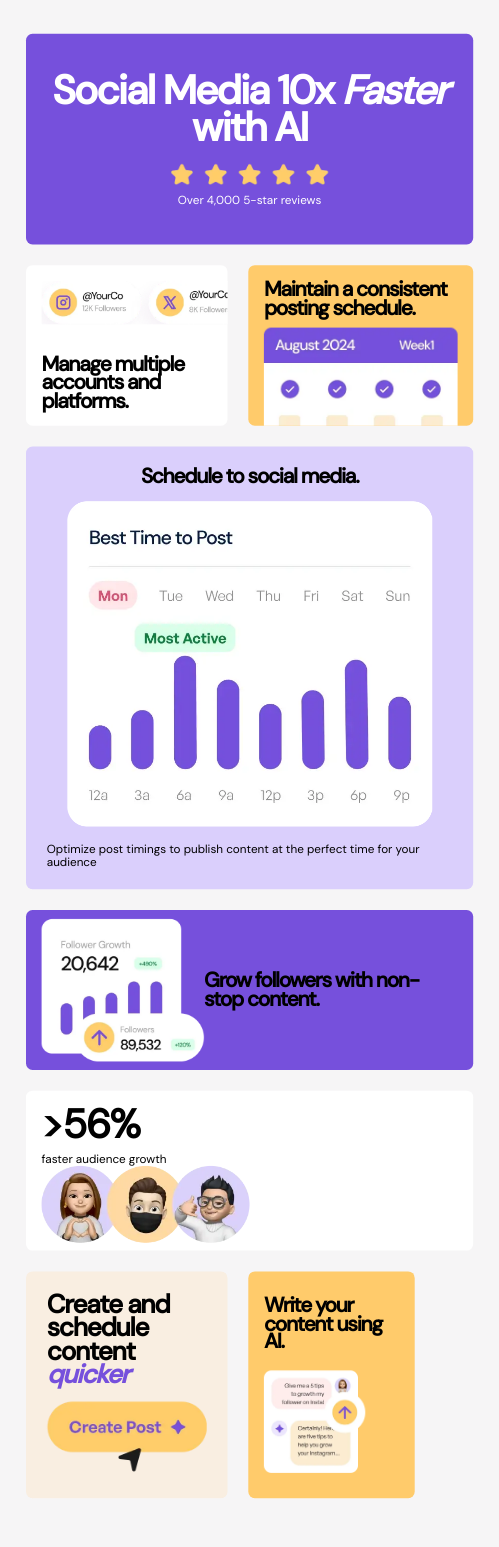
Repository: brandontaylor1/bento-grid
Page: index.html
These files come from the project's save history. The page is drawn as it stood at one moment and after the next save; the edit follows.
The browser window is 768 px wide. The pictures show the whole page, at 65% of full size.

Above is the page before, as saved 2025-01-22 20:12:58.

### index.html
<!DOCTYPE html>
<html lang="en">
<head>
    <meta charset="UTF-8">
    <meta name="viewport" content="width=device-width, initial-scale=1.0">
    <link rel="stylesheet" href="styles.css">
    <title>Bento Grid</title>
</head>
<body>
    <main class="container">
        <div class="grid-container">
            <div class="grid-item-1">
                <h1>Social Media <span>10x </span><em>Faster </em>with AI </h1>
                <img src="./assets/images/illustration-five-stars.webp" alt="five star images">
                <p>Over 4,000 5-star reviews</p>
            </div>
            <div class="grid-item-2">
                <img src="./assets/images/illustration-multiple-platforms.webp" alt="two social media images">
                <h3>Manage multiple accounts and platforms.</h3>
            </div>
            <div class="grid-item-3">
                <h3>Maintain a consistent <br> posting schedule.</h3>
                <img src="./assets/images/illustration-consistent-schedule.webp" alt="schedule">
            </div>
            <div class="grid-item-4">
                <h3>Schedule to social media.</h3>
                <img src="./assets/images/illustration-schedule-posts.webp" alt="schedule of posts">
                <p>Optimize post timings to publish content at the perfect time for your audience</p>
            </div>
            <div class="grid-item-5">
                <img src="./assets/images/illustration-grow-followers.webp" alt="follower growth">
                <h3>Grow followers with non-stop content.</h3>
            </div>
            <div class="grid-item-6">
                <h2> >56%</h2>
                <p>faster audience growth</p>
                <img src="./assets/images/illustration-audience-growth.webp" alt="pictures of cartoon audience">
            </div>
            <div class="grid-item-7">
                <h2>Create and schedule content <em>quicker</em></h2>
                <img src="./assets/images/illustration-create-post.webp" alt="create post image">
            </div>
            <div class="grid-item-8">
                <h3>Write your content using AI.</h3>
                <img src="./assets/images/illustration-ai-content.webp" alt="Ai Content Image">
            </div>
        </div>
    </main>

</body>
</html>

### styles.css

@font-face {
    font-family: "DMSans-Medium";
    src: url('./assets/fonts/DMSans-Medium.ttf') format('truetype');
    font-weight: 500;
    font-style: normal;
}

@font-face {
    font-family: "DMSans-MediumItalic";
    src: url('./assets/fonts/DMSans-MediumItalic.ttf') format('truetype');
    font-weight: 500;
    font-style: italic;
}

@font-face {
    font-family: "DMSans-Regular";
    src: url('./assets/fonts/DMSans-Regular.ttf') format('truetype');
    font-weight: 400;
    font-style: normal;
}

* {
    margin: 0;
    padding: 0;
    box-sizing: border-box;

}

:root {

    /* COLORS */
    --purple100: hsl(254, 88%, 90%);
    --purple500: hsl(256, 67%, 59%);

    --yellow100: hsl(31, 66%, 93%);
    --yellow500: hsl(39, 100%, 71%);

    --white: hsl(0, 0%, 100%);
    --black: hsl(0, 0%, 0%);
    --font-black: #121212;

    --spacing-5: 40px;
    --spacing-4: 32px;
    --spacing-3: 24px;
    --spacing-2: 16px;
    --spacing-1: 8px;

    /* TYPOGRAPHY */
    --font-family-regular: "DMSans-Regular", sans-serif;
    --font-family-medium: "DMSans-Medium", sans-serif;

    --font-size-h1: 62px;
    --line-height-h1: 93.5%;
    --letter-spacing-h1: -3px;

    --font-size-h2: 40px;
    --line-height-h2: 90%;
    --letter-spacing-h2: -2px;

    --font-size-h3: 32px;
    --line-height-h3: 87.5%;
    --letter-spacing-h3: -2px;

    --font-size-p: 18px;
    --line-height-p: 111%;
    --letter-spacing-p: 0px;
}

/* TYPOGRAPHY */
h1 {
    font-family: var(--font-family-medium);
    font-size: var(--font-size-h1);
    line-height: var(--line-height-h1);
    letter-spacing: var(--letter-spacing-h1);
}

h2 {
    font-family: var(--font-family-medium);
    font-size: var(--font-size-h2);
    line-height: var(--line-height-h2);
    letter-spacing: var(--letter-spacing-h2);
}

h3 {
    font-family: var(--font-family-medium);
    font-size: var(--font-size-h3);
    line-height: var(--line-height-h3);
    letter-spacing: var(--letter-spacing-h3);
}

p {
    font-family: var(--font-family-regular);
    font-size: var(--font-size-p);
    line-height: var(--line-height-p);
    letter-spacing: var(--letter-spacing-p);

}

.container {
    height: auto;
    background-color: #F6F5F6;
    display: flex;
    justify-content: center;
    align-items: center;
}

.grid-container {
    height: 100%;
    width: 100%;
    max-width: 1440px;
    display: grid;
    grid-template-areas:
    " a a b b b b c c"
    " a a b b b b c c"
    " a a d d e e c c"
    " f f d d e e c c"
    " f f g g h h h h"
    " f f g g h h h h";
    gap: 32px;
    padding: 80px 160px 80px 160px;
    background-color: #F6F5F6;
}

.grid-item-1 {
    background-color: var(--purple500);
    color: var(--white);
    padding: 32px;
    border-radius: 10px;
    width: 544px;
    height: 324px;
    grid-area: b;
    display: flex;
    flex-direction: column;
    align-items: center;
    justify-content: center;
    text-align: center;
}

.grid-item-1 img {
    width: 250px;
    padding-top: 24px;
    padding-bottom: 8px;
}

.grid-item-2 {
    grid-area: d;
    width: 256px;
    height: auto;
    padding: 24px;
    border-radius: 10px;
    overflow: hidden;
    background-color: var(--white);
    display: flex;
    flex-direction: column;
    align-items: flex-start;
    justify-content: space-between;
}

.grid-item-2 img {
    width: 316px;
}

.grid-item-3 {
    grid-area: e;
    width: 256px;
    height: 247px;
    padding: 24px 24px 0 24px;
    border-radius: 10px;
    background-color: var(--yellow500);
    overflow: hidden;
}

.grid-item-3 img {
    width: 100%;
    padding-top: 16px;
}

.grid-item-4 {
    grid-area: c;
    width: 256px;
    height: auto;
    padding: 32px;
    flex-direction: column;
    align-items: flex-start;
    justify-content: space-between;
    border-radius: 10px;
    background-color: var(--purple100);
    overflow: hidden;
}

.grid-item-4 img {
    width: 315px;
    padding: 24px 0;
}

.grid-item-4 p {
    width: 100%;
}

.grid-item-5 {
    grid-area: h;
    width: 544px;
    height: 246px;
    padding: 24px;
    border-radius: 10px;
    background-color: var(--purple500);
    display: flex;
    flex-direction: row;
    align-items: center;
}

.grid-item-5 img {
    width: 250px;

}

.grid-item-6 {
    grid-area: g;
    width: 256px;
    height: 246px;
    padding: 24px;
    border-radius: 10px;
    background-color: var(--white);
    display: flex;
    flex-direction: column;
    align-items: flex-start;
    justify-content: space-around;
}

.grid-item-6 h2 {
    padding-bottom: 15px;
    font-size: var(--font-size-h1);
    font-family: var(--font-family-regular);
}

.grid-item-6 img {
    width: 80%;
}

.grid-item-7 {
    background-color: var(--yellow100);
    width: 256px;
    height: auto;
    padding: 32px;
    border-radius: 10px;
    display: flex;
    flex-direction: column;
    align-items: center;
    justify-content: center;
    grid-area: a;
}

.grid-item-7 em {
    color: var(--purple500);
}


.grid-item-7 img {
    width: 100%;
    padding-top: 24px;
}

.grid-item-8 {
    grid-area: f;
    width: 256px;
    height: auto;
    padding: 24px;
    display: flex;
    flex-direction: column;
    align-items: flex-start;
    justify-content: space-around;
    border-radius: 10px;
    background-color: var(--yellow500);
}

.grid-item-8 img {
    height: auto;
    width: 220px;
}

/* RESPONSIVE */

/* TABLET */

@media screen and (max-width: 808px) {
    .container {
        height: auto;
        background-color: #F6F5F6;
    }

    .grid-container {
        display: grid;
        grid-template-areas:
        " b b b b "
        " d d e e "
        " c c c c "
        " h h h h "
        " g g g g "
        " a a f f ";
        gap: var(--spacing-4);
        padding: 52px 40px 75px 40px;
    }

    .grid-item-1 {
        width: 100%;
    }

    .grid-item-2 {
        width: 100%;
    }

    .grid-item-3 {
        width: 100%;
    }

    .grid-item-4 {
        width: 100%;
        display: flex;
        flex-direction: column;
        align-items: center;
        justify-content: center;
    }

    .grid-item-4 img {
        width: 90%;
        padding: 24px 0;
    }

    .grid-item-5 {
        width: 100%;

    }

    .grid-item-6 {
        width: 100%;
    }

    .grid-item-6 img {
        width: 50%;
    }

    .grid-item-7 {
        width: 100%;
    }

    .grid-item-8 img {
        width: 75%;
    }

}



/* MOBILE */
@media screen and (max-width: 480px) {
    .container {
        height: auto;
        background-color: #F6F5F6;
    }

    .grid-container {
        display: grid;
        grid-template-areas:
        "a"
        "b"
        "c"
        "d"
        "e"
        "f"
        "g"
        "h";
        gap: var(--spacing-4);
    }

    .grid-item-1 {
        background-color: var(--purple500);
        color: var(--white);
        text-align: center;
        padding: 40px 32px;
        border-radius: 10px;
        width: 100%;
        grid-area: a;
    }

    .grid-item-1 h1 {
        padding-bottom: 24px;
    }

    .grid-item-1 img {
        width: 192px;
        padding-bottom: 8px;
    }

    .grid-item-1 span {
        color: var(--yellow500);
    }

    .grid-item-2 {
        background-color: var(--white);
        padding: 16px;
        border-radius: 10px;
        grid-area: b;
    }
    .grid-item-2 img {
        width: 100%;
    }

    .grid-item-2 h3 {
        color: #121212;
    }

    .grid-item-3 {
        background-color: var(--yellow500);
        padding: 16px;
        border-radius: 10px;
        overflow: hidden;
        grid-area: c;
    }

    .grid-item-3 img {
        width: 288px;
        height: auto;
        padding-top: 16px;
        margin-bottom: -40px;
    }

    .grid-item-4 {
        background-color: var(--purple100);
        padding: 32px;
        border-radius: 10px;
        text-align: center;
        grid-area: d;
    }

    .grid-item-4 img {
        width: 100%;
        padding: 24px 0;

    }

    .grid-item-5 {
        background-color: var(--purple500);
        color: var(--white);
        padding: 32px;
        border-radius: 10px;
        display: flex;
        flex-direction: column;
        align-items: center;
        justify-content: center;
        text-align: center;
        grid-area: e;
    }

    .grid-item-5 img {
        padding-bottom: 40px;
        width: 228px;
        height: auto;
    }

    .grid-item-5 h3 {
        width: 257px;
        height: auto;
    }

    .grid-item-6 {
        background-color: var(--white);
        padding: 16px;
        border-radius: 10px;
        text-align: left;
        padding: 24px;
        grid-area: f;
    }

    .grid-item-6 h2 {
        padding-bottom: 15px;
    }

    .grid-item-6 img {
       width: 50%;
       padding-top: 24px;

    }

    .grid-item-7 {
        background-color: var(--yellow100);
        padding: 32px;
        border-radius: 10px;
        text-align: left;
        grid-area: g;
    }

    .grid-item-7 img {
        width: 65%;
        padding-top: 24px;
    }

    .grid-item-7 em {
        color: var(--purple500);
    }

    .grid-item-8 {
        background-color: var(--yellow500);
        padding: 24px;
        border-radius: 10px;
        text-align: left;
        grid-area: h;
    }

    .grid-item-8 img {
        width: 75%;
        padding-top: 24px;
    }


}

After the next save:
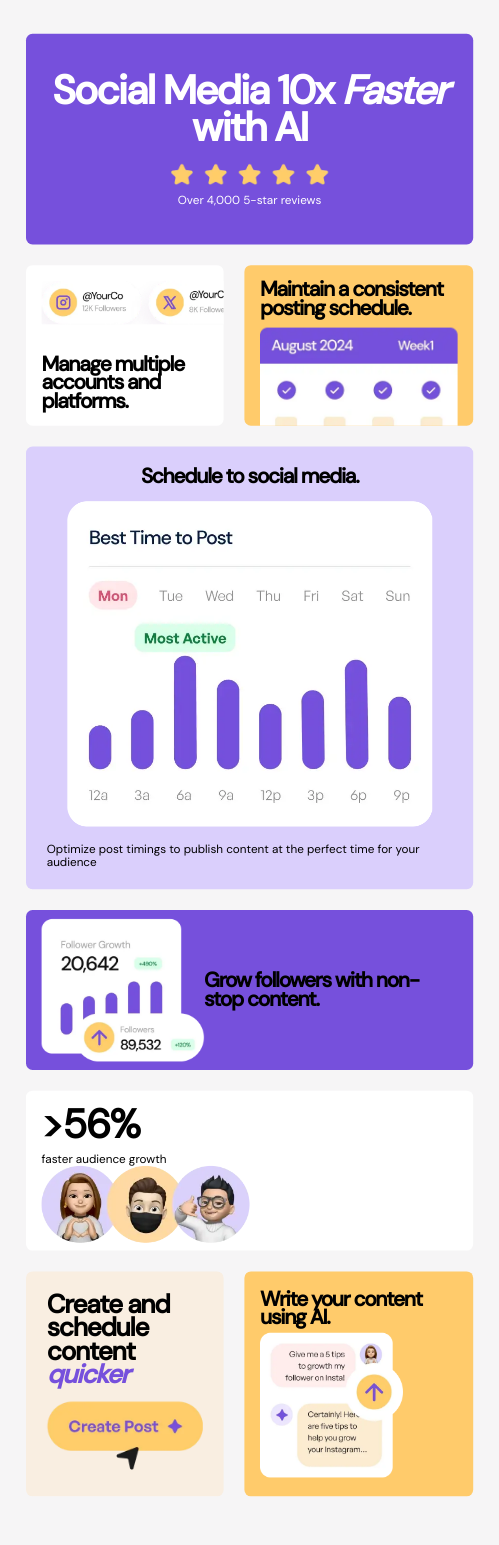
Saved 7 s later.
--- a/styles.css
+++ b/styles.css
@@ -344,8 +344,8 @@
         width: 100%;
     }
 
-    .grid-item-8 img {
-        width: 75%;
+    .grid-item-8 {
+        width: 100%;
     }
 
 }
